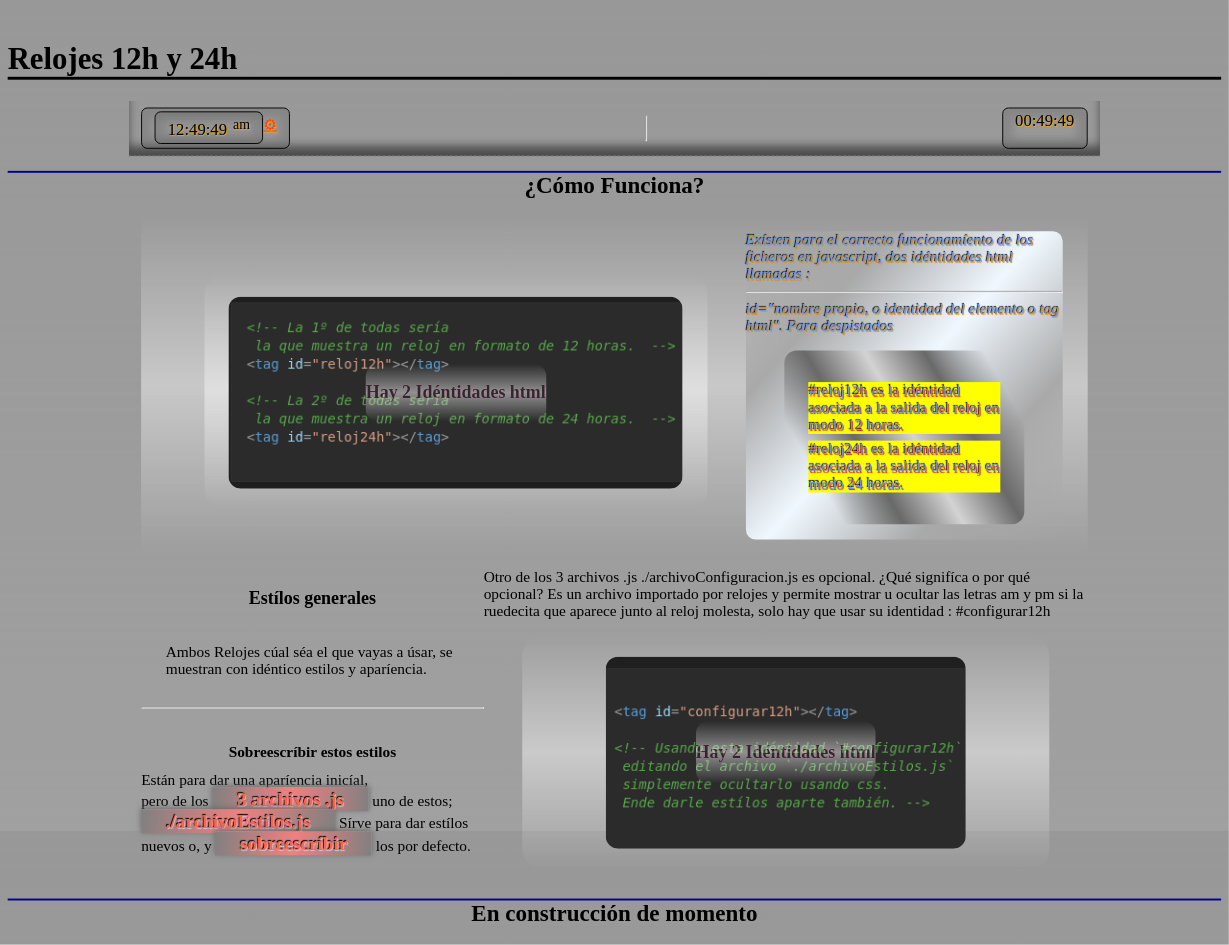
Repository: marcostonfor/clocks
Page: index.html
An editor plug-in stored every save of this project. The page is shown before and after a run of saves, followed by the edit.
The browser window is 1280 px wide. The pictures show the whole page, at 96% of full size.

Above is the page before, as saved 2024-09-19 01:37:30.

### index.html
<!DOCTYPE html>
<html lang="ca-ES, en-US">

<head>
    <meta charset="utf-8">
    <meta name="viewport" content="width=device-width, initial-scale=1">
    <title>relojes</title>
    <style>

        * {
            box-sizing: border-box;
        }

        body {
            background-image: repeating-linear-gradient(0deg, hsla(0, 0%, 41%, 0.63) 12%, hsla(0, 0%, 0%, 0.404));
        }

        h1 {
            margin-top: 6vh;
            border-bottom: 0.3vw solid black;
        }

        #dosRelojes {
            width: 80%;
            height: auto;
            margin: 2vh auto;
            padding: 1vh 1vw;
            display: flex;
            border-bottom: 0.1vw dashed gray;
            /* box-shadow: inset -0.2vh 0 06px hsl(41, 100%, 50%); */
            box-shadow: inset 0 -10px 10px rgba(0, 0, 0, 0.5);
        }

        summary::marker {
            content: none !important;
        }

        summary {
            cursor: pointer !important;
            color: orangered;
            text-decoration: underline;
            margin: 0.5vh auto;
            font-size: 12pt;
        }

        #caja12h {
            display: flex;
        }

        h2 {
            text-align: center;
            margin-top: 2vh;
            border-top: 0.2vw solid darkblue;
        }

        #identidades_principales {
            display: flex;
            justify-content: space-around;
            align-items:last baseline;
            padding: 2vh 2vw;
            width: 78%;
            margin: auto auto;
            background-image: repeating-linear-gradient(0deg, transparent, hsla(0, 0%, 96%, 0.5), transparent);
            border-radius: 0.755vw;
        }

        .conFoto figure {
            position: relative;
            display: flex;
            align-items: center;
            justify-content: center;
            background-image: repeating-linear-gradient(0deg, transparent, hsla(0, 0%, 96%, 0.5), transparent);
            padding: 3vh 2vw;
            border-radius: 1.6vw;
        }

        .conFoto figure img {
            border-radius: 1vw;
        }

        .conFoto figure figcaption {
            position: absolute;
            border-radius: 1vw;
            text-shadow: 0 0 1px hotpink;
            background-image:  repeating-linear-gradient(0deg, transparent, hsla(0, 0%, 96%, 0.5), transparent);
            mix-blend-mode: screen;
        }

        .conTexto  {
            width: fit-content;
            height: auto;
            color: cornflowerblue;
            text-shadow: 0.1vh 0.1vw 1px rgb(220, 140, 20), -0.1vh -0.1vw 1px black;
            background-image: repeating-linear-gradient(132deg, transparent, darkgray, aliceblue, darkgray, transparent);
            border-radius: 0.8vw;
        }

        .conTexto blockquote {
            padding: 2vw;
            border-radius: 1vw;
            background-image: linear-gradient(-120deg, transparent 12%, dimgray, lightgray, dimgray, transparent, transparent);
        }

        .conTexto blockquote mark {
            text-shadow: 0.1vh 0.1vw 1px rgb(220, 20, 60), -0.1vh -0.1vw 1px black;
            color: cornflowerblue !important;
            display: block;
            margin: 1vh auto;
        }

        #estilos_generales {
            width: 78%;
            margin: auto auto;
            display: flex;
            justify-content: space-around;
            align-items: center;

        }

        #estilos_generales article h3 {
            text-align: center;
            width: fit-content;
            margin: 3vh auto;
        }

        #textoGeneral {
            padding: 2vh 2vw;
            width: fit-content;
            /* border: 0.2vw solid black; */
            overflow: hidden;
        }

        .hache3 {
            display: block !important;
            text-align: center;
            margin: 1.5vh auto;
        }

        .code_md {
            font-weight: 800;
            font-size: calc(1em * 1.25);
            background-image: repeating-linear-gradient(98deg, gray, lightcoral, gray);
            padding: 0.2vh 2vw;
            color: tomato;
            text-shadow: 0.1vh 0.1vw 1px thistle, -0.1vh -0.1vw 1px black;
            box-shadow: 0 -1.6px 6px dimgray;
            margin: 1vh auto !important;
        }
    </style>
</head>

<body>
    <header>
        <h1>Relojes 12h y 24h</h1>
        <aside id="dosRelojes">
            <div id="caja12h">
                <div id="reloj12h"></div>
            </div>
            <hr>
            <div id="reloj24h"></div>
        </aside>
        <nav></nav>
    </header>
    <main>
        <h2>¿Cómo Funciona?</h2>
        <section id="identidades_principales">
            <article class="conFoto">
                <figure>
                    <img src="./img/identidadesPrincipales.png" alt="foto de las id principales">
                <figcaption><h3>Hay 2 Idéntidades html</h3></figcaption>
                </figure>
            </article>
            <article class="conTexto">
                    <cite>Exísten para el correcto funcionamíento de los ficheros en javascript, dos idéntidades html
                        llamadas :</cite> <hr /><cite>id="nombre propio, o identidad del elemento o tag html". Para despistados</cite>
                <blockquote>
                    <mark>#reloj12h es la idéntidad asociada a la salida del reloj en modo 12 horas.</mark>

                    <mark>#reloj24h es la idéntidad asociada a la salida del reloj en modo 24 horas.</mark>
                </blockquote>
            </article>
        </section>
        <section id="estilos_generales">
            <article>
                <h3>Estílos generales</h3>
                <p id="textoGeneral">
                    Ambos Relojes cúal séa el que vayas a úsar, se muestran con idéntico estilos y aparíencia. <br><hr><br><strong class="hache3">Sobreescríbir estos estilos</strong>
                    Están para dar una aparíencia inicíal, <br> pero de los <span class="code_md">3 archivos .js</span> uno de estos;

                    <span class="code_md">./archivoEstilos.js</span> Sírve para dar estílos nuevos o, y <span class="code_md">sobreescríbir</span> los por defecto.
                </p>
            </article>
            <article class="conFoto">
                <p>Otro de los 3 archivos .js

                    ./archivoConfiguracion.js es opcional.

                    ¿Qué signifíca o por qué opcional?
                    Es un archivo importado por relojes y permite mostrar u ocultar las letras am y pm
                    si la ruedecita que aparece junto al reloj molesta, solo hay que usar su identidad : #configurar12h</p>
                <figure>
                    <img src="./img/fotoDetails12h.png" alt="foto de las id principales">
                <figcaption><h3>Hay 2 Idéntidades html</h3></figcaption>
                </figure>

            </article>
        </section>
    </main>
    <h2>En construcción de momento</h2>
    <script type="module" src="./relojes.js"></script>
</body>

</html>

<!--<p>Este es un texto con un <span style="font-size: 125%;">texto 25% más grande</span> que el resto.</p>
-->

### relojes.js

import { estilosPersonales } from './archivoEstilos.js';
import { conf12h } from './archivoConfiguracion.js';
function laHora() {
	const Reloj = class {
		constructor(formato, salida) {
			this.ahora = new Date();
			this.reloj = {
				hora: this.ahora.getHours(),
				minuto: this.ahora.getMinutes(),
				segundo: this.ahora.getSeconds()
			};
			this._formato = formato;
			this._salida = salida;
		}

		get formato() {
			return this._formato;
		}

		get salida() {
			return this._salida;
		}

		set formato(horaActual) {
			this._formato = horaActual;
		}

		set salida(output) {
			this._salida = output;
		}

		anyadirCero(formatear) {
			return formatear <= 9 ? "0" + formatear : formatear;
		}

		_12h() {
			let horas = this.reloj.hora % 12;
			if (horas === 0) horas = 12;
			const amOpm = this.reloj.hora >= 12 ? "pm" : "am";
			this._formato = `${this.anyadirCero(horas)}:${this.anyadirCero(this.reloj.minuto)}:${this.anyadirCero(this.reloj.segundo)}<sup>${amOpm}</sup>`;
			return this._formato;
		}

		_24h() {
			this._formato = `${this.anyadirCero(this.reloj.hora)}:${this.anyadirCero(this.reloj.minuto)}:${this.anyadirCero(this.reloj.segundo)}`;
			return this._formato;
		}
	};

	const laSalida = () => {
		const salida = document.getElementById("reloj12h");
		const salida24h = document.getElementById("reloj24h");
		const doceHoras = new Reloj();
	//	salida.innerHTML = doceHoras._12h();
	//	salida24h.innerHTML = doceHoras._24h();

 // Verifica si existe el elemento #reloj12h
 if (salida) {
	salida.innerHTML = doceHoras._12h();
	conf12h(); // Llamada a la función conf12h() si el elemento existe
}

// Verifica si existe el elemento #reloj24h
if (salida24h) {
	salida24h.innerHTML = doceHoras._24h();
}


	function estiloscss(estilosPersonales) {

		const estils = document.createElement('STYLE');
		estils.textContent = `
* {
    box-sizing: border-box;
}

div {
    text-align: center;
    width: fit-content;
    border: 0.1vw solid black;
    font-size: 13pt;
    padding: 0.5vh 1vw;
    box-shadow: inset 0 0 10px 10px hsla(0, 0%, 41%, 0.397);
    font-family: 'Comic Sans MS';
    color: black;
    text-shadow: 0.1vh 0.1vw 1px orange;
    border-radius: 0.5vw;
}


sup {
    margin-left: 0.5vw !important;
}
	`;
		if (estilosPersonales) {
			estils.textContent += estilosPersonales;
		}


		document.head.appendChild(estils);
}

	// Llamada a la función con estilos adicionales
	estiloscss(estilosPersonales);


	};

// estiloscss();
return setInterval(laSalida, 1000);
}
laHora();

### archivoEstilos.js
export const estilosPersonales = `

    `;

### archivoConfiguracion.js
export function conf12h() {
    const config = document.createElement('DETAILS');
    const summary = document.createElement('SUMMARY');
    summary.innerHTML = `&#9881;`;
    config.appendChild(summary);

    // Verificar si el checkbox ya existe
    if (!document.getElementById('miCheckbox')) {
        const checkbox = document.createElement('input');
        checkbox.type = 'checkbox';
        checkbox.id = 'miCheckbox';
        checkbox.checked = true; // Mostrar <sup> por defecto

        const label = document.createElement('label');
        label.htmlFor = 'miCheckbox'; // Asegúrate de que coincida con el id del checkbox
        label.textContent = 'Ver "am" "pm"';

        // Crear un elemento <style> para manejar la visibilidad de <sup>
        let estils = document.getElementById('dynamicStyles');
        if (!estils) {
            estils = document.createElement('style');
            estils.id = 'dynamicStyles';
            document.head.appendChild(estils);
        }

        // Función para actualizar el estilo de <sup>
        const updateSupVisibility = () => {
            if (checkbox.checked) {
                estils.textContent = `
                    sup {
                        display: inline !important;
                    }
                `;
            } else {
                estils.textContent = `
                    sup {
                        display: none !important;
                    }
                `;
            }
        };

        // Inicializar el estilo de <sup>
        updateSupVisibility();

        // Agregar un evento al checkbox para alternar la visibilidad de <sup>
        checkbox.addEventListener('change', updateSupVisibility);

        const mostrarConfiguracion = document.getElementById('caja12h');
        // Agregar el checkbox y el label al cuerpo del documento
        label.appendChild(checkbox);
        config.appendChild(label);
        mostrarConfiguracion.appendChild(config);
    }
}

After the next 3 saves:
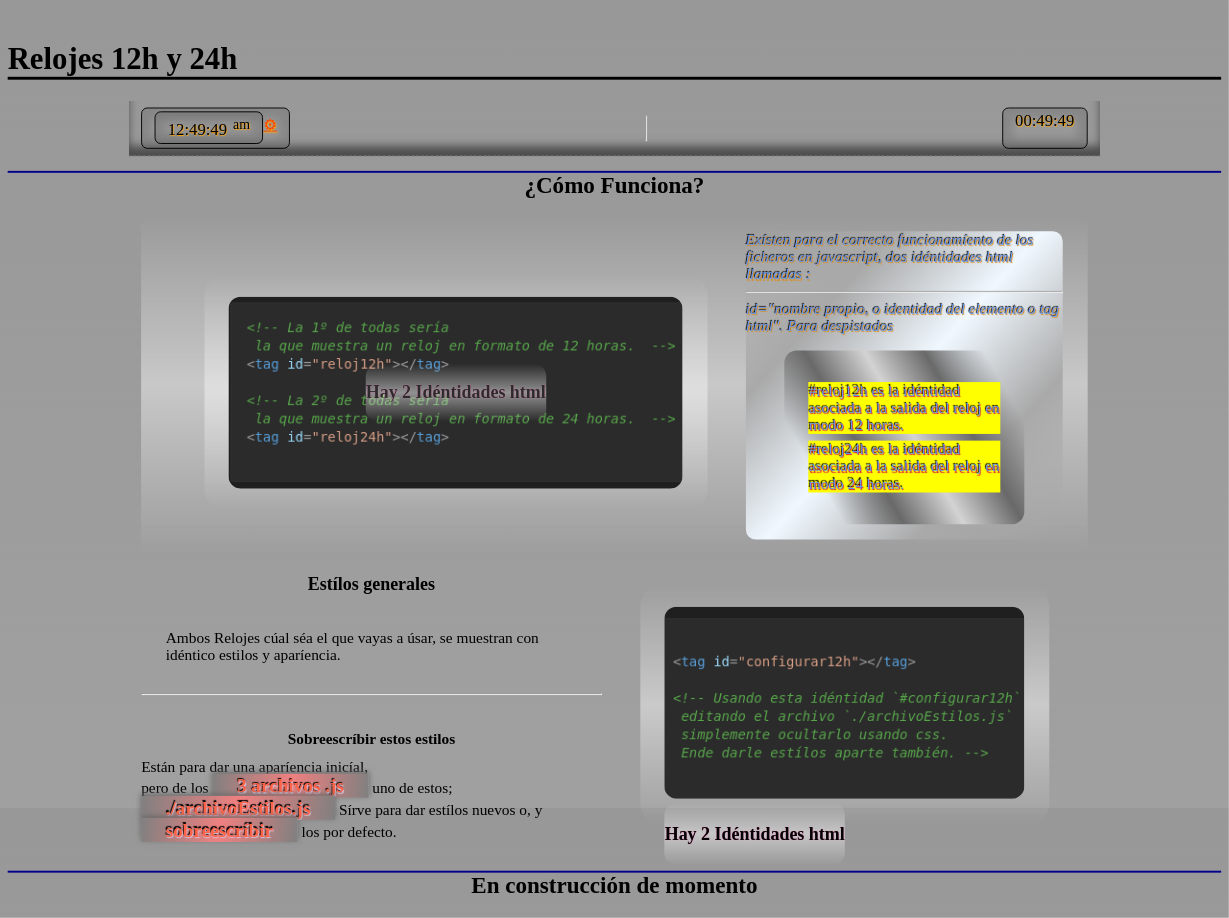
The 3 saves are shown as one change because they came seconds apart.
The last was saved 25 s later.
--- a/index.html
+++ b/index.html
@@ -191,7 +191,7 @@
                 </p>
             </article>
             <article class="conFoto">
-                <p>Otro de los 3 archivos .js
+                <p><strong de los 3 archivos .js
 
                     ./archivoConfiguracion.js es opcional.
 
